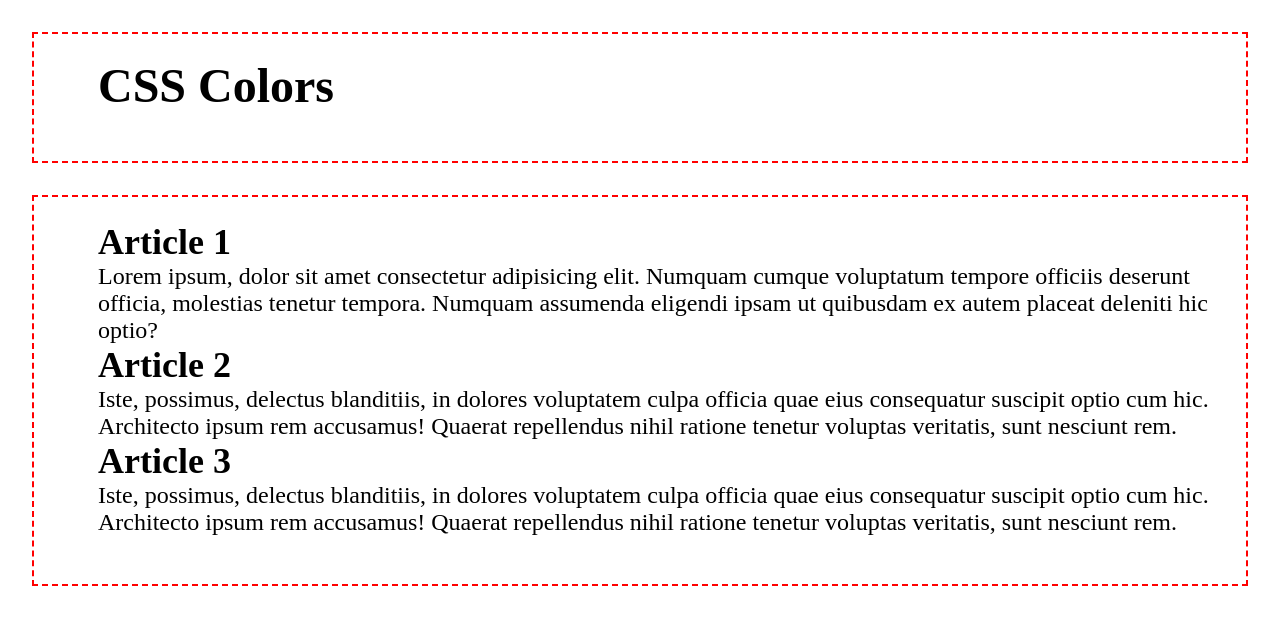
Repository: madhurik9999/Css
Page: index.html
These files come from the project's save history. The page is drawn as it stood at one moment and after the next save; the edit follows.
The browser window is 1280 px wide. The pictures show the whole page.

Above is the page before, as saved 2023-12-09 12:10:31.

### index.html
<!DOCTYPE html>
<html lang="en">

<head>
    <meta charset="UTF-8">
    <meta http-equiv="X-UA-Compatible" content="IE=edge">
    <meta name="viewport" content="width=device-width, initial-scale=1.0">
    <title>Document</title>
    <link rel="stylesheet" href="styles/style.css">
</head>

<body>
    <header class="container">
        <h1>CSS Colors</h1>
    </header>
    <main class="container">
        <article>
            <h2>Article 1</h2>
            <p class="gray">Lorem ipsum, dolor sit amet consectetur adipisicing elit. Numquam cumque voluptatum tempore
                officiis
                deserunt
                officia, molestias tenetur tempora. Numquam assumenda eligendi ipsam ut quibusdam ex autem placeat
                deleniti
                hic optio?</p>
        </article>
        <article>
            <h2>Article 2</h2>
            <p class="two">Iste, possimus, delectus blanditiis, in dolores voluptatem culpa officia quae
                eius
                consequatur
                suscipit optio
                cum hic. Architecto ipsum rem accusamus! Quaerat repellendus <span class="highlight">nihil</span>
                ratione tenetur voluptas
                veritatis,
                sunt
                nesciunt rem.</p>
        </article>
        <article>
            <h2>Article 3</h2>
            <p class="three">Iste, possimus, delectus blanditiis, in dolores voluptatem culpa officia quae eius
                consequatur
                suscipit optio
                cum hic. Architecto <span class="highlight">ipsum</span> rem accusamus! Quaerat repellendus nihil
                ratione tenetur voluptas
                veritatis,
                sunt
                nesciunt rem.</p>
        </article>
    </main>
</body>

</html>

### styles/style.css
/* Selectors */
/* html {
    font-size: 22px;
}

body {
    font-size: 22px;
}

main {
    font-family: monospace;
}

button,
input,
textarea,
select {
    font: inherit;
}

p {
    color: purple;
}

.highlight {
    text-transform: uppercase;
    background-color: gold;
}

.gray {
    color: grey;
}

#second {
    font-style: italic;
} */

/* Colors */
/* body {
    font-size: 22px;
    font-family: Arial, Helvetica, sans-serif;
    line-height: 1.5;
    background: papayawhip;
    color: rgb(255, 0, 0);
}

p {
    color: #ff00ffd2;
} */

/* Css Units & Sizes */
/* * {
    margin: 0;
    padding: 0;
    box-sizing: border-box;
}

body {
    width: 100%;
    height: 100vh;
}

h1 {
    border: 2px dashed red;
    width: 50%;
    font-size: 3rem;
    padding: 0.5em;
}

main {
    font-size: 2rem;
}

p {
    font-size: 2rem;
} */

/* CSS BOX MODEL */
/* * {
    margin: 0;
    padding: 0;
    box-sizing: border-box;
}

h1 {
    border: 2px dashed red;
    width: 400px;
    font-size: 3rem;
    padding: 0.5em;
} */

/* /Box Modal */
* {
    margin: 0;
    padding: 0;
    box-sizing: border-box;
}

.container {
    border: 2px dashed red;
    font-size: 1.5rem;
    /* margin-top: 1.5rem;
    margin-left: 1.5rem;
    margin-right: 1.5rem;
    margin-bottom: 1.5rem; */
    margin: 2rem 2rem 2rem 2rem;
    /* margin: 2rem 2rem 2rem ;
    margin: 2rem 2rem; */
    padding: 1.5rem 2rem 3rem 4rem;
}

After the next save:
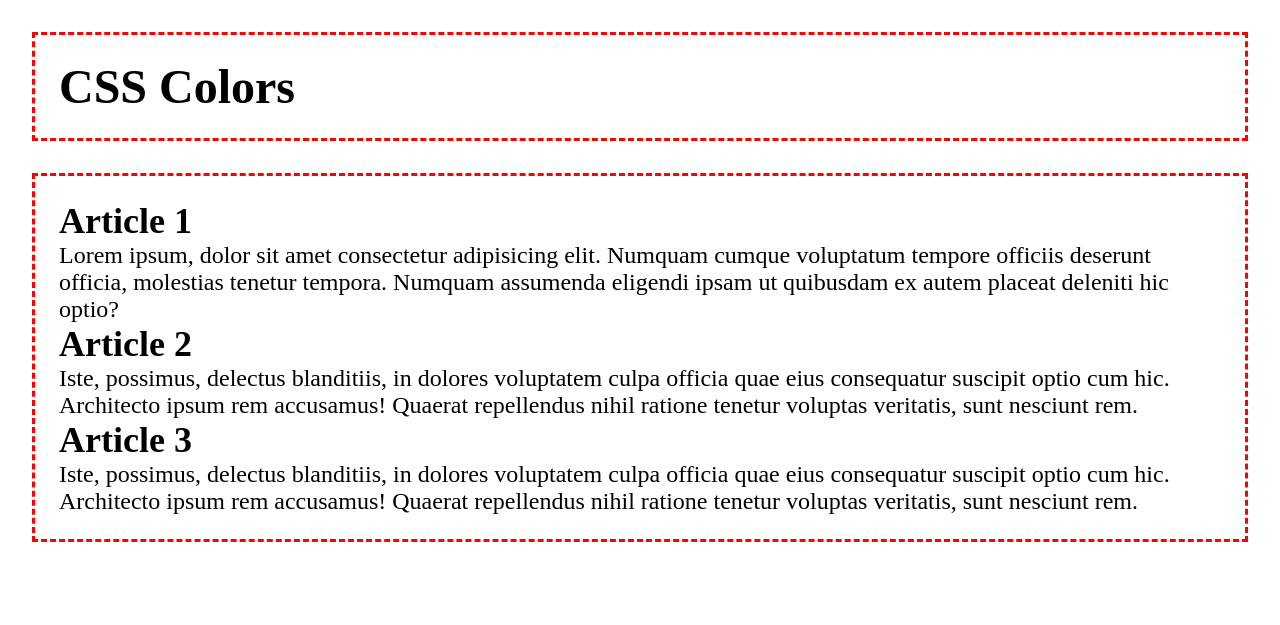
Saved 7 min 55 s later.
--- a/styles/style.css
+++ b/styles/style.css
@@ -97,7 +97,7 @@ h1 {
 }
 
 .container {
-    border: 2px dashed red;
+    border: dashed red;
     font-size: 1.5rem;
     /* margin-top: 1.5rem;
     margin-left: 1.5rem;
@@ -106,5 +106,5 @@ h1 {
     margin: 2rem 2rem 2rem 2rem;
     /* margin: 2rem 2rem 2rem ;
     margin: 2rem 2rem; */
-    padding: 1.5rem 2rem 3rem 4rem;
+    padding: 1.5rem;
 }
